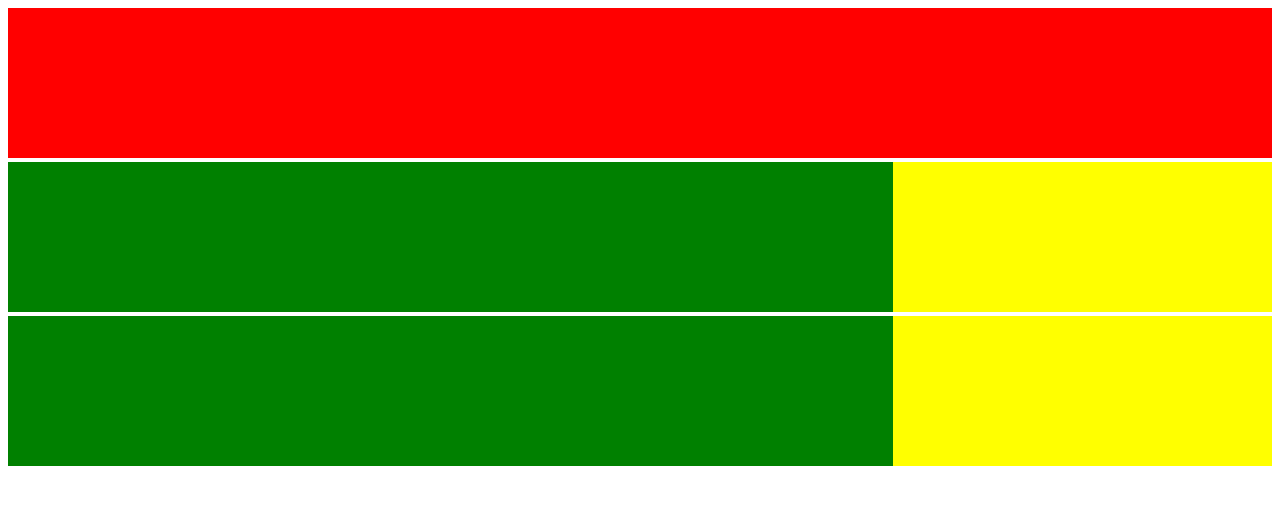
Repository: Tan-Khang21/TH_TKW--Buoi_03
Page: BT_tren_lop/Bai_3/Frame7/frame77.html
An editor plug-in stored every save of this project. The page is shown before and after the next save, followed by the edit.
The browser window is 1280 px wide. The pictures show the whole page.

Above is the page before, as saved 2024-03-04 19:07:09.

After the next save:
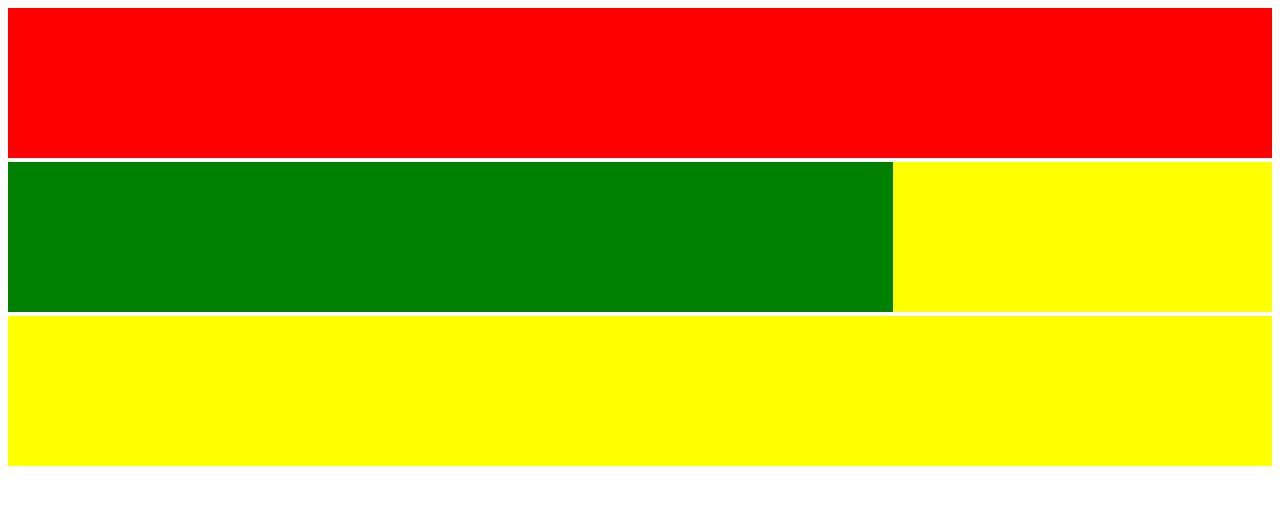
Saved 14 s later.
--- a/BT_tren_lop/Bai_3/Frame7/frame77.html
+++ b/BT_tren_lop/Bai_3/Frame7/frame77.html
@@ -18,7 +18,7 @@
           style="box-sizing: border-box"
         ></iframe>
         <iframe
-          src="Row2Col1Row2.html"
+          src="Row2Col2Row2.html"
           frameborder="0"
           height="40%"
           width="100%"

After the save that followed:
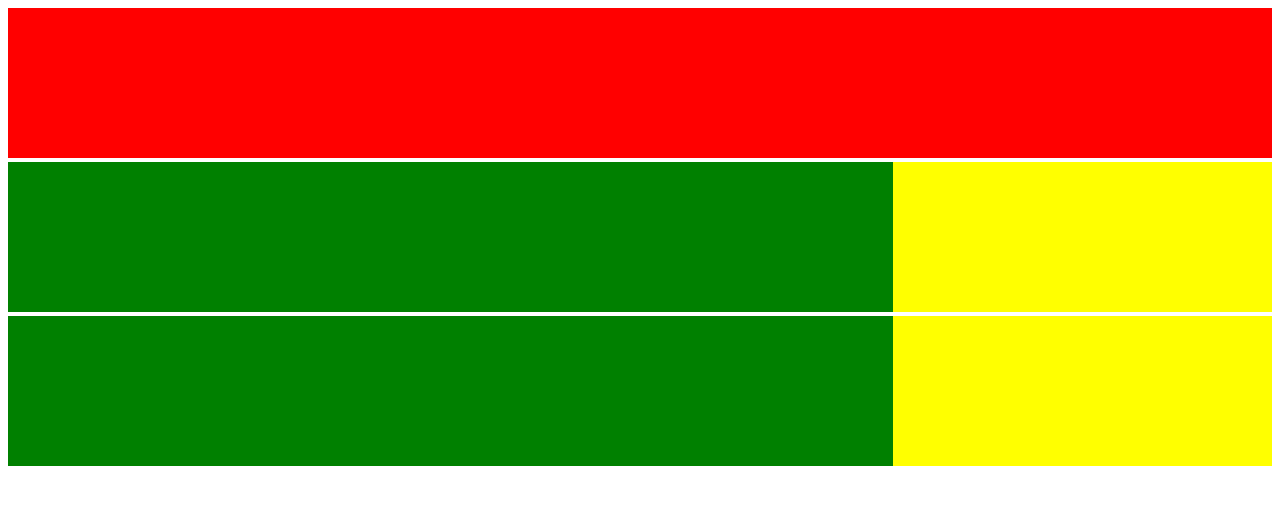
Saved 19 s later.
--- a/BT_tren_lop/Bai_3/Frame7/frame77.html
+++ b/BT_tren_lop/Bai_3/Frame7/frame77.html
@@ -18,7 +18,7 @@
           style="box-sizing: border-box"
         ></iframe>
         <iframe
-          src="Row2Col2Row2.html"
+          src="Row2Col1Row2.html"
           frameborder="0"
           height="40%"
           width="100%"
